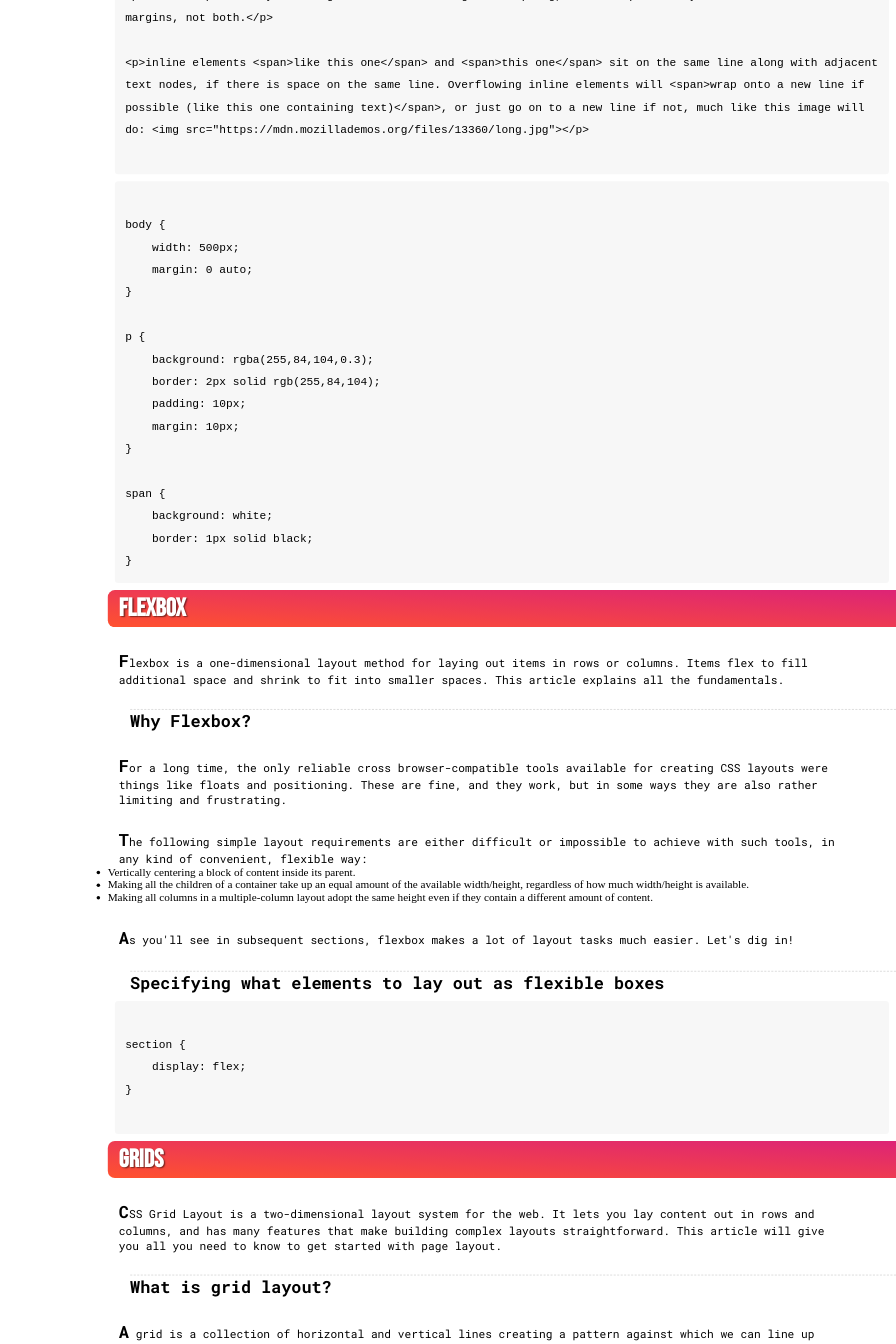
Repository: Colo-Codes/freecodecamp-04-Technical-Documentation-Page
Page: index.html
The author's editor kept a copy of each file at every save. The page is drawn from the files as they stood at one save, then again after the next save.
The browser window is 1280 px wide. The pictures show the part of the page from y = 1490 to 3410 px (the page is 7136 px tall before and 7072 px after), at 70% of full size.
Some web fonts or font styles are not loaded; a fallback is used.

Above is the page before, as saved 2021-05-21 12:59:18.

### index.html
<!DOCTYPE html>
<html lang="en">

<head>
    <meta charset="UTF-8">
    <meta http-equiv="X-UA-Compatible" content="IE=edge">
    <meta name="viewport" content="width=device-width, initial-scale=1.0">
    <link rel="stylesheet" href="./resources/css/index.css" type="text/css">
    <link rel="preconnect" href="https://fonts.gstatic.com">
<link href="https://fonts.googleapis.com/css2?family=Bebas+Neue&family=Pattaya&family=Roboto+Mono:wght@100;400;700&display=swap" rel="stylesheet">

    <title>CSS Technical Documentation</title>
</head>

<body>
    <div id="flex-container">
        <div id="navbar-margin"></div>
        <header id="navbar-block">
            <nav id="navbar">
                <!-- On the left of screen, fixed (visible) -->
                <header>
                    <h1>CSS</h1>
                </header>
                <ul>
                    <li><a href="#Normal_Flow" class="nav-link">Normal_Flow</a></li>
                    <li><a href="#Flexbox" class="nav-link">Flexbox</a></li>
                    <li><a href="#Grids" class="nav-link">Grids</a></li>
                    <li><a href="#Floats" class="nav-link">Floats</a></li>
                    <li><a href="#Positioning" class="nav-link">Positioning</a></li>
                </ul>
            </nav>
        </header>
        <main id="main-doc">
            <section class="main-section" id="Normal_Flow">
                <header class="section-header">
                    <h2>Normal Flow</h2>
                </header>
                <p>This article explains normal flow, or the way that webpage elements lay themselves out if you have
                    not
                    changed their
                    layout.</p>
                <p>As detailed in the last lesson introducing layout, elements on a webpage lay out in the normal flow,
                    if
                    you have not
                    applied any CSS to change the way they behave. And, as we began to discover, you can change how
                    elements
                    behave
                    either by adjusting their position in that normal flow, or removing them from it altogether.
                    Starting
                    with a solid,
                    well-structured document that is readable in normal flow is the best way to begin any webpage. It
                    ensures that your
                    content is readable, even if the user is using a very limited browser or a device such as a screen
                    reader that reads
                    out the content of the page. In addition, as normal flow is designed to make a readable document, by
                    starting in
                    this way you are working with the document rather than fighting against it as you make changes to
                    the
                    layout.</p>
                <p>Before digging deeper into different layout methods, it is worth revisiting some of the things you
                    will
                    have studied
                    in previous modules with regard to normal document flow.</p>
                <h3>How are elements laid out by default?</h3>
                <p>First of all, individual element boxes are laid out by taking the elements' content, then adding any
                    padding, border
                    and margin around them — it's that box model thing again, which we've looked at earlier.
                </p>
                <p>By default, a block level element's content fills the available inline space of the parent element
                    containing it,
                    and grows in the block dimension to accommodate its content. Inline elements are the size of their
                    content. You
                    can't set width or height on inline elements — they just sit inside the content of block level
                    elements.
                    If you want
                    to control the size of an inline element in this manner, you need to set it to behave like a block
                    level
                    element
                    with display: block; (or even,display: inline-block; which mixes characteristics from both.)
                </p>
                <p>That explains individual elements, but what about how elements interact with one another? The normal
                    layout flow
                    (mentioned in the layout introduction article) is the system by which elements are placed inside the
                    browser's
                    viewport. By default, block-level elements are laid out in the block flow direction, based on the
                    parent's writing
                    mode (initial: horizontal-tb) — each one will appear on a new line below the last one, and they will
                    be
                    separated by
                    any margin that is set on them. In English therefore, or any other horizontal, top to bottom writing
                    mode,
                    block-level elements are laid out vertically.
                </p>
                <p>Inline elements behave differently — they don't appear on new lines; instead, they all sit on the
                    same
                    line along
                    with any adjacent (or wrapped) text content, as long as there is space for them to do so inside the
                    width of the
                    parent block level element. If there isn't space, then the overflowing text or elements will move
                    down
                    to a new
                    line.
                </p>
                <p>If two adjacent elements both have the margin set on them and the two margins touch, the larger of
                    the
                    two remains,
                    and the smaller one disappears — this is called margin collapsing, and we have met this before too.
                </p>
                <p>Let's look at a simple example that explains all of this:</p>
                <code>&lt;h1&gt;Basic document flow&lt;/h1&gt;

&lt;p&gt;I am a basic block level element. My adjacent block level elements sit on new lines below me.&lt;/p&gt;

&lt;p&gt;By default we span 100% of the width of our parent element, and we are as tall as our child content. Our total width and height is our content + padding + border width/height.&lt;/p&gt;

&lt;p&gt;We are separated by our margins. Because of margin collapsing, we are separated by the width of one of our margins, not both.&lt;/p&gt;

&lt;p&gt;inline elements &lt;span&gt;like this one&lt;/span&gt; and &lt;span&gt;this one&lt;/span&gt; sit on the same line along with adjacent text nodes, if there is space on the same line. Overflowing inline elements will &lt;span&gt;wrap onto a new line if possible (like this one containing text)&lt;/span&gt;, or just go on to a new line if not, much like this image will do: &lt;img src="https://mdn.mozillademos.org/files/13360/long.jpg"&gt;&lt;/p&gt;
                </code>
                <code>
body {
    width: 500px;
    margin: 0 auto;
}

p {
    background: rgba(255,84,104,0.3);
    border: 2px solid rgb(255,84,104);
    padding: 10px;
    margin: 10px;
}

span {
    background: white;
    border: 1px solid black;
}</code>


            </section>

            <section class="main-section" id="Flexbox">
                <header class="section-header">
                    <h2>Flexbox</h2>
                </header>
                <p>Flexbox is a one-dimensional layout method for laying out items in rows or columns. Items flex to
                    fill
                    additional space and shrink to fit into smaller spaces. This article explains all the fundamentals.
                </p>
                <h3>Why Flexbox?</h3>
                <p>For a long time, the only reliable cross browser-compatible tools available for creating CSS layouts
                    were
                    things like floats and positioning. These are fine, and they work, but in some ways they are also
                    rather
                    limiting and frustrating.</p>
                <p>The following simple layout requirements are either difficult or impossible to achieve with such
                    tools,
                    in any kind of convenient, flexible way:</p>
                <ul>
                    <li>Vertically centering a block of content inside its parent.</li>
                    <li>Making all the children of a container take up an equal amount of the available width/height,
                        regardless of how much width/height is available.</li>
                    <li>Making all columns in a multiple-column layout adopt the same height even if they contain a
                        different amount of content.</li>
                </ul>
                <p>As you'll see in subsequent sections, flexbox makes a lot of layout tasks much easier. Let's dig in!
                </p>
                <h3>Specifying what elements to lay out as flexible boxes</h3>
                <code>
section {
    display: flex;
}
            </code>


            </section>

            <section class="main-section" id="Grids">
                <header class="section-header">
                    <h2>Grids</h2>
                </header>
                <p>CSS Grid Layout is a two-dimensional layout system for the web. It lets you lay content out in rows
                    and
                    columns, and has many features that make building complex layouts straightforward. This article will
                    give you all you need to know to get started with page layout.</p>
                <h3>What is grid layout?</h3>
                <p>A grid is a collection of horizontal and vertical lines creating a pattern against which we can line
                    up
                    our design elements. They help us to create designs where elements don’t jump around or change width
                    as
                    we move from page to page, providing greater consistency on our websites.</p>
                <p>A grid will typically have columns, rows, and then gaps between each row and column — commonly
                    referred
                    to as gutters.</p>
                <h3>Defining a grid</h3>
                <p>As a starting point, download and open the starting point file in your text editor and browser (you
                    can
                    also see it live here). You will see an example with a container, which has some child items. By
                    default
                    these display in normal flow so the boxes display one below the other. We will be working with this
                    file
                    for the first part of this lesson, making changes to see how grid behaves.</p>
                <p>To define a grid we use the grid value of the display property. As with Flexbox, this switches on
                    Grid
                    Layout, and all of the direct children of the container become grid items. Add this to the CSS
                    inside
                    your file:</p>
                <code>
.container {
    display: grid;
}
        </code>
                <p>Unlike flexbox, the items will not immediately look any different. Declaring display: grid gives you
                    a
                    one column grid, so your items will continue to display one below the other as they do in normal
                    flow.
                </p>
                <p>We can place things according to these lines by specifying the start and end line. We do this using
                    the
                    following properties:</p>
                <ul>
                    <li>grid-column-start</li>
                    <li>grid-column-end</li>
                    <li>grid-row-start</li>
                    <li>grid-row-end</li>
                </ul>

            </section>

            <section class="main-section" id="Floats">
                <header class="section-header">
                    <h2>Floats</h2>
                </header>
                <p>Originally for floating images inside blocks of text, the float property became one of the most
                    commonly
                    used tools for creating multiple column layouts on webpages. With the advent of flexbox and grid it
                    has
                    now returned to its original purpose, as this article explains.</p>
                <h3>The background of floats</h3>
                <p>The float property was introduced to allow web developers to implement simple layouts involving an
                    image
                    floating inside a column of text, with the text wrapping around the left or right of it. The kind of
                    thing you might get in a newspaper layout.</p>
                <p>But web developers quickly realized that you can float anything, not just images, so the use of float
                    broadened, for example to fun layout effects such as drop-caps.</p>
                <p>Floats have commonly been used to create entire web site layouts featuring multiple columns of
                    information floated so they sit alongside one another (the default behavior would be for the columns
                    to
                    sit below one another, in the same order as they appear in the source). There are newer, better
                    layout
                    techniques available and so use of floats in this way should be regarded as a legacy technique.</p>
                <h3>A simple float example</h3>
                <p>Let's explore how to use floats. We'll start with a really simple example involving floating a block
                    of
                    text around an element. You can follow along by creating a new index.html file on your computer,
                    filling
                    it with a simple HTML template, and inserting the below code into it at the appropriate places. At
                    the
                    bottom of the section, you can see a live example of what the final code should look like.</p>
                <p>First, we'll start off with some simple HTML — add the following to your HTML body, removing anything
                    that was inside there before:</p>
                <code>
&lt;h1&gt;Simple float example&lt;/h1&gt;

&lt;div class="box"&gt;Float&lt;/div&gt;

&lt;p&gt;Lorem ipsum dolor sit amet, consectetur adipiscing elit. Nulla luctus aliquam dolor, eu lacinia lorem placerat vulputate. Duis felis orci, pulvinar id metus ut, rutrum luctus orci. Cras porttitor imperdiet nunc, at ultricies tellus laoreet sit amet. &lt;/p&gt;

&lt;p&gt;Sed auctor cursus massa at porta. Integer ligula ipsum, tristique sit amet orci vel, viverra egestas ligula. Curabitur vehicula tellus neque, ac ornare ex malesuada et. In vitae convallis lacus. Aliquam erat volutpat. Suspendisse ac imperdiet turpis. Aenean finibus sollicitudin eros pharetra congue. Duis ornare egestas augue ut luctus. Proin blandit quam nec lacus varius commodo et a urna. Ut id ornare felis, eget fermentum sapien.&lt;/p&gt;

&lt;p&gt;Nam vulputate diam nec tempor bibendum. Donec luctus augue eget malesuada ultrices. Phasellus turpis est, posuere sit amet dapibus ut, facilisis sed est. Nam id risus quis ante semper consectetur eget aliquam lorem. Vivamus tristique elit dolor, sed pretium metus suscipit vel. Mauris ultricies lectus sed lobortis finibus. Vivamus eu urna eget velit cursus viverra quis vestibulum sem. Aliquam tincidunt eget purus in interdum. Cum sociis natoque penatibus et magnis dis parturient montes, nascetur ridiculus mus.&lt;/p&gt;
            </code>
                <p>Now apply the following CSS to your HTML (using a &lt;style&gt; element or a
                    <link> to a separate .css file — your choice):
                </p>
                <code>
body {
    width: 90%;
    max-width: 900px;
    margin: 0 auto;
    font: .9em/1.2 Arial, Helvetica, sans-serif
}

.box {
    width: 150px;
    height: 100px;
    border-radius: 5px;
    background-color: rgb(207,232,220);
    padding: 1em;
}
                </code>

            </section>

            <section class="main-section" id="Positioning">
                <header class="section-header">
                    <h2>Positioning</h2>
                </header>
                <p>Positioning allows you to take elements out of the normal document layout flow, and make them behave
                    differently; for example sitting on top of one another, or always remaining in the same place inside
                    the
                    browser viewport. This article explains the different position values, and how to use them.</p>
                <ul>
                    <li>Default value: static</li>
                    <li>Inherited: no</li>
                    <li>Animatable: no. Read about animatable</li>
                    <li>Version: CSS2</li>
                    <li>JavaScript syntax: object.style.position="absolute"</li>
                </ul>
                <h3>Introducing positioning</h3>
                <p>The whole idea of positioning is to allow us to override the basic document flow behavior described
                    above, to produce interesting effects. What if you want to slightly alter the position of some boxes
                    inside a layout from their default layout flow position, to give a slightly quirky, distressed feel?
                    Positioning is your tool. Or if you want to create a UI element that floats over the top of other
                    parts
                    of the page, and/or always sits in the same place inside the browser window no matter how much the
                    page
                    is scrolled? Positioning makes such layout work possible.</p>
                <h3>Static positioning</h3>
                <p>Static positioning is the default that every element gets — it just means "put the element into its
                    normal position in the document layout flow — nothing special to see here."</p>
            </section>
        </main>
    </div>
    <footer>
        <p>All content was gathered from <a href="https://developer.mozilla.org/en-US/docs/Learn/CSS/CSS_layout"
                target="_blank">MDN</a></p>
        By Damian Demasi &copy;
    </footer>
</body>

</html>

### resources/css/index.css
/* TODO - My Technical Documentation page should use at least one media query. */

/* Reset */
html {
    box-sizing: border-box;
    font-size: 16px;
}

*, *:before, *:after {
    box-sizing: inherit;
    margin: 0;
    padding: 0;
}

/* Main flexbox */

#flex-container {
    position: relative;
    display: flex;
    /* flex-flow: wrap; */
    /* align-items: flex-start; */
    align-items: baseline;
}
main {
    align-self: flex-start;
}

/* Navbar */

#navbar-margin {
    margin-top: 200px;
    outline: 1px solid blue;
}
#navbar-block {
    position: sticky;
    top: 20px;
    outline: 1px solid red;
    margin: 0 3rem 0 1rem;
}

#navbar h1 {
    font-family: 'Pattaya', 'Times New Roman', Times, serif;
    font-size: 2rem;
}
/* Main content */
.section-header {
    position: sticky;
    top: 0px;
    color: white;
    text-shadow: 2px 2px 2px rgba(0, 0, 0, .5);
    padding: 5px 0 5px 1rem;
    background: #FF512F;  /* fallback for old browsers */
    background: -webkit-linear-gradient(to bottom left, #DD2476, #FF512F);  /* Chrome 10-25, Safari 5.1-6 */
    background: linear-gradient(to bottom left, #DD2476, #FF512F); /* W3C, IE 10+/ Edge, Firefox 16+, Chrome 26+, Opera 12+, Safari 7+ */
    font-family: 'Bebas Neue', sans-serif;
    text-transform: uppercase;
    font-size: 1.5rem;
    border-radius: 10px 0 0 10px;
}

p, h3 {
    font-family: 'Roboto Mono', Arial, Helvetica, sans-serif;
}
p {
    margin: 2rem 5rem 0 1rem;

}
p::first-letter {
    font-weight: bold;
    font-size: 1.5rem;
}
h3 {
    margin: 2rem 0 0 2rem;
    font-size: 1.5rem;
    border-top: 1px dashed rgba(0, 0, 0, .2);
}

/* Code content */
code {
    display: block;
  text-align: left;
  white-space: pre-wrap;
  word-break: normal;
  word-wrap: normal;
  line-height: 2;
  background-color: #f7f7f7;
  padding: 15px;
  margin: 10px;
  border-radius: 5px;
}

After the next save:
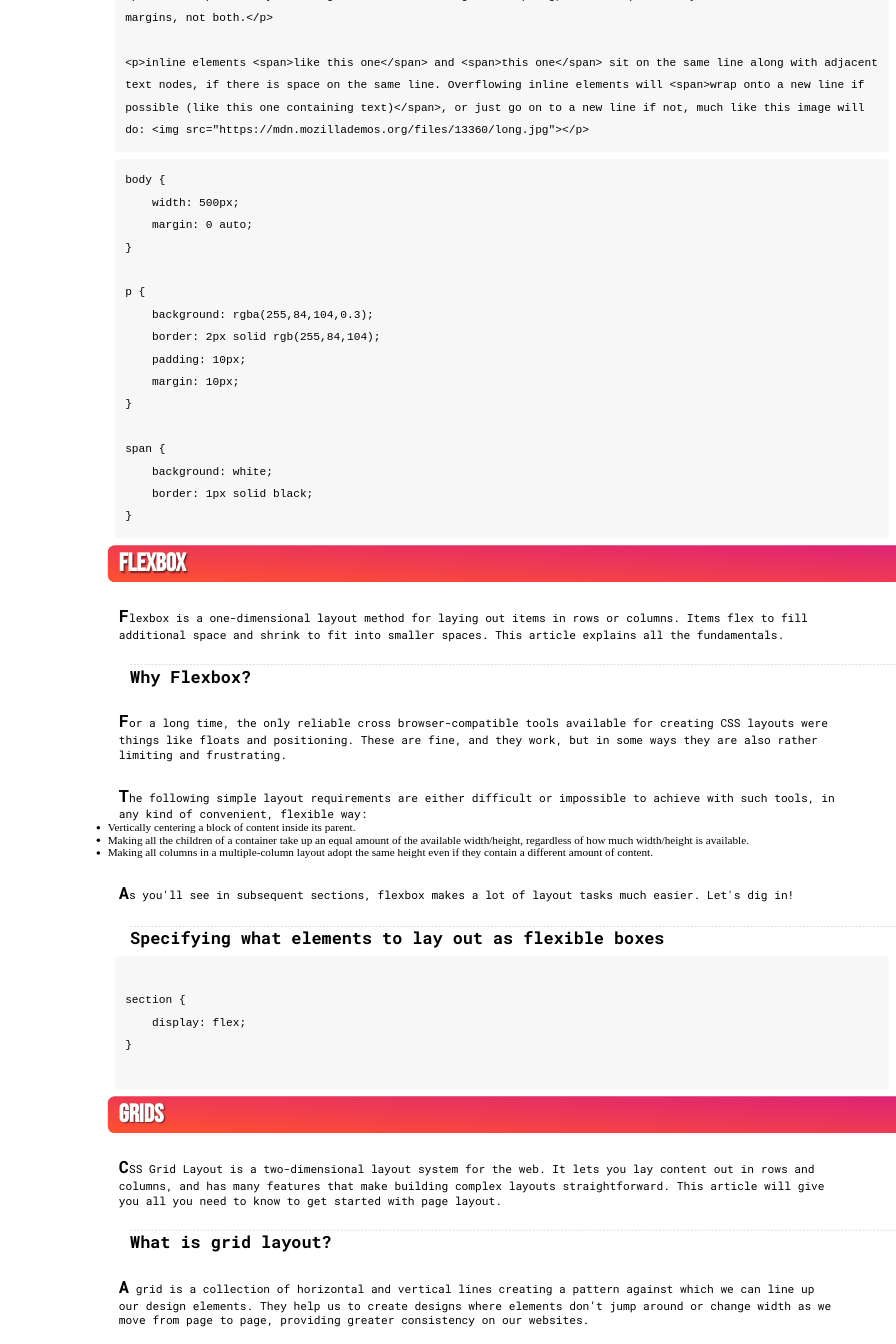
Saved 9 s later.
--- a/index.html
+++ b/index.html
@@ -115,10 +115,8 @@
 
 &lt;p&gt;We are separated by our margins. Because of margin collapsing, we are separated by the width of one of our margins, not both.&lt;/p&gt;
 
-&lt;p&gt;inline elements &lt;span&gt;like this one&lt;/span&gt; and &lt;span&gt;this one&lt;/span&gt; sit on the same line along with adjacent text nodes, if there is space on the same line. Overflowing inline elements will &lt;span&gt;wrap onto a new line if possible (like this one containing text)&lt;/span&gt;, or just go on to a new line if not, much like this image will do: &lt;img src="https://mdn.mozillademos.org/files/13360/long.jpg"&gt;&lt;/p&gt;
-                </code>
-                <code>
-body {
+&lt;p&gt;inline elements &lt;span&gt;like this one&lt;/span&gt; and &lt;span&gt;this one&lt;/span&gt; sit on the same line along with adjacent text nodes, if there is space on the same line. Overflowing inline elements will &lt;span&gt;wrap onto a new line if possible (like this one containing text)&lt;/span&gt;, or just go on to a new line if not, much like this image will do: &lt;img src="https://mdn.mozillademos.org/files/13360/long.jpg"&gt;&lt;/p&gt;</code>
+                <code>body {
     width: 500px;
     margin: 0 auto;
 }
